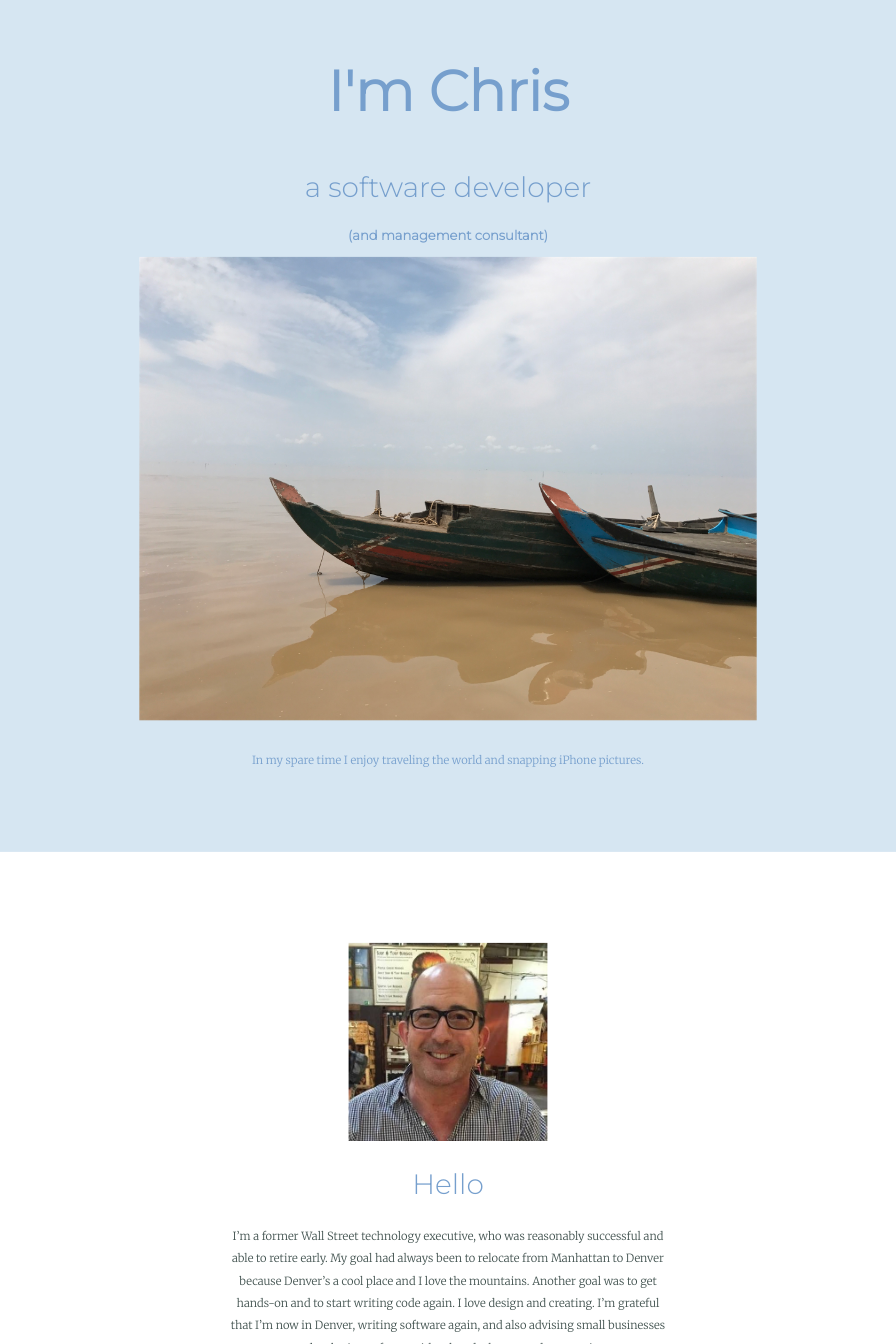
Repository: EpiTao-LLC/Personal_web_page
Page: index.html
An editor plug-in stored every save of this project. The page is shown before and after the next save, followed by the edit.
The browser window is 1280 px wide. The pictures show the part of the page from y = 0 to 1920 px (the page is 4183 px tall before and 4141 px after), at 70% of full size.

Above is the page before, as saved 2021-04-21 12:39:50.

### index.html
<!DOCTYPE html>
<html lang="en">
<head>
   <!-- Global site tag (gtag.js) - Google Analytics -->
      <!-- <script async src="https://www.googletagmanager.com/gtag/js?id=UA-167786271-2"></script>
      <script>
        window.dataLayer = window.dataLayer || [];
        function gtag(){dataLayer.push(arguments);}
        gtag('js', new Date());
        gtag('config', 'UA-167786271-2');
      </script> -->
    <!-- Google Tag Manager -->
        <!-- <script>(function(w,d,s,l,i){w[l]=w[l]||[];w[l].push({'gtm.start':
        new Date().getTime(),event:'gtm.js'});var f=d.getElementsByTagName(s)[0],
        j=d.createElement(s),dl=l!='dataLayer'?'&l='+l:'';j.async=true;j.src=
        'https://www.googletagmanager.com/gtm.js?id='+i+dl;f.parentNode.insertBefore(j,f);
        })(window,document,'script','dataLayer','GTM-PZ9SPFX');</script> -->
  <!-- End Google Tag Manager -->
    <meta charset="UTF-8">
    <meta name="viewport" content="width=device-width, initial-scale=1.0">
    <title>Chris - Software Developer and Management Consultant</title>
    <meta name="description" content="Website design and software development in React, Javascript, Python, Node JS, Express, EJS, MongoDB, SQL Server.  AWS and other cloud based solutions.  Portfolio, links and contact information.">
    <meta name="keywords" content="Website design, coding, software development, software engineering, management consulting, React, Javascript, Node, Express, HTML, CSS, EJS, Python, MongoDB, SQL Server, C programming, cloud, data analysis">


    <link rel="stylesheet" href="css/styles.css">
    <link href="https://fonts.googleapis.com/css2?family=Merriweather:wght@300&family=Montserrat:wght@300&family=Sacramento&display=swap" rel="stylesheet">
    <link rel="apple-touch-icon" sizes="180x180" href="favicon_package_v0.16/apple-touch-icon.png">
    <link rel="icon" type="image/png" sizes="32x32" href="favicon_package_v0.16/favicon-32x32.png">
    <link rel="icon" type="image/png" sizes="16x16" href="favicon_package_v0.16/favicon-16x16.png">
    <link rel="manifest" href="favicon_package_v0.16/site.webmanifest">
    <link rel="mask-icon" href="favicon_package_v0.16/safari-pinned-tab.svg" color="#5bbad5">
    <meta name="msapplication-TileColor" content="#da532c">
    <meta name="theme-color" content="#ffffff">
</head>
<body>
    <!-- Google Tag Manager (noscript) -->
      <noscript><iframe src="https://www.googletagmanager.com/ns.html?id=GTM-PZ9SPFX"
      height="0" width="0" style="display:none;visibility:hidden"></iframe></noscript>
    <!-- End Google Tag Manager (noscript) -->

    <div class = "top-container">
        <h1>I'm Chris</h1>
        <h2>a software developer</h2>
        <h3>(and management consultant)</h3>
        <img class="cover-img" src="images/Boats in Cambodia.jpeg" alt="Boats in Cambodia image">
        <p>In my spare time I enjoy traveling the world and snapping iPhone pictures.</p>
      </div>
    <div class="middle-container">
        <div class="profile">
          <br>
          <img class="my-img" src="images/Holiday_Denmark.jpeg"  alt="Chris Pic">
          <h2>Hello</h2>
          <p>
            I’m a former Wall Street technology executive, who was reasonably successful and able to retire early.  My
            goal had always been to relocate from Manhattan to Denver because Denver’s a cool place and I love the mountains.
            Another goal was to get hands-on and to start writing code again. I love design and creating.   I’m grateful
            that I’m now in Denver, writing software again, and also advising small businesses on developing sofware with other devlopers and companies.
            </p>
        </div>
        <hr>
        <div class="skills">
          <h2>My Skills</h2>
          <div class="skill-row">
            <img class="skills-img-1" src="images/Ecuador.JPEG" alt="Equador picture">
            <div >
            <h3 class="for-mobile">Design and Development</h3>
            <p> I started as a C developer in the database industry and understand what good design and code is all about.  On Wall Street I led development
              of mission critical financial systems for Goldman Sachs and other banks.  I’m now doing websites and other work with Javascript, React, Node, Express,
              Mongoose, and Bootstrap.  Full stack. I’ve also done a lot with Python.  Back in the day, I was a top relational
              database designer and an SQL wizard.
            </p>
            </div>
          </div>
          <div class="skill-row">
            <img class="skills-img-1" src="images/Small_business_Columbia.JPEG" alt="Small business in Columbia picture">
            <div>
            <h3 class="for-mobile">Small Business Advisor</h3>
            <p>As a way to give back, I volunteer my time to an organization funded by the Small Business Association.  Through it I assist
              small business owners and entrepreneurs to prepare business, marketing and finacial plans.  I provide technology recommendations,
              and provide mentoring to help them to achieve their dreams.  Through this work I believe I'm suited to provide technology
              solutions that work for small business owners.
            </p>
            </div>
          </div>
          <div class="skill-row">
            <img class="skills-img-1" src="images/People_pic_pune.JPEG" alt="Market in Pune, India picture">
            <h3 class="for-mobile">I Like People</h3>
            <p>Even more than I’m into writing code and learning new technologies, I really love working with people
              --clients and fellow developers.  Thoughout my career and personal life, I’ve sought consensus and understanding new perspectives.   In
              my mind, there is always something to learn from others.  As either a leader or a follower, it always feels
              good to be a member of a team.
            </p>
          </div>
        </div>
        <hr>
        <div class="contact-me">
          <h2>Get In Touch</h2>
          <h3>if you need some software development work (like a new website for your business),
             to partner on a project, some consulting, or just to share some travel photos and stories.</h3>
          <p class="contact-message">I’m realtively new to Denver, still establishing myself both socially and professionally.
            It would be great to connect.</p>
          <a class="btn" href="mailto:chris@epitao.com">CONTACT ME</a>
        </div>
      </div>
      <div class="bottom-container">
        <a class="footer-link" href="https://www.linkedin.com/in/christopheralarson//">LinkedIn</a>
        <a class="footer-link" href="https://www.facebook.com/chris.larson">Facebook</a>
        <a class="footer-link" href="/pages/portfolio.html">Portfolio</a>
        <a class="footer-link" href="https://github.com/EpiTao-LLC">GitHub</a>
        <p class="copyright"> copyright © 2020 EpiTao LLC <br><br>
        <img class="logo-img" src="images/EpiTao_logo.jpg" alt="EpiTao logo">
        </p>
      </div>
</body>
</html>

### css/styles.css
body {
    margin: 0;
    margin: auto;
    text-align: center;
    font-family: 'Merriweather', serif;
    font-weight: normal;
    color:  #40514E;
}
h1 {
    margin: 0px auto 0 auto;
    font-family: 'Montserrat', sans-serif;
    font-size: 5rem;
    line-height: 2.0;
    color: #769FCD;
}
h2 {
    font-family: 'Montserrat', sans-serif;
    font-size: 2.5rem;
    font-weight: normal;
    color: #769FCD
}
h3 {
    font-family: 'Montserrat', sans-serif;
    font-weight: 900;
    color: #769FCD
}
p {
    line-height: 2;
}
hr {
    border-color:  #d6e6f2;
    border-width: 5px;
    border-style: dotted none none;
    height: 0px;
    width: 4%;
    margin: 100 auto 100 auto;
}
.top-container {
    background-color: #d6e6f2;
    color: #769FCD;
    position: relative;
    padding-top: 50px;
    padding-bottom: 100px;
    padding-right: 10px;
    padding-left: 10px;
}
.middle-container {
    max-width: 2000px;
    padding-top: 10px;
    padding-bottom: 5px;
    padding-right: 10px;
    padding-left: 10px;
    margin: 50px auto 100px auto;

}
.bottom-container {
    margin-top: 100px;
    padding: 30px 0 50px;
    padding-right: 10px;
    padding-left: 10px;
    font-size: 10px;
    background-color: #769FCD;
    color: #f7fbfc  ;
}
.profile{
    width: 50%;
    margin: 50px auto 100px auto;
    text-align: center;
}
.skills {
    margin-top: 50px;
}
.skill-row {
    width: 50%;
    margin: 50px auto 100px auto;
    text-align: left;
}
.contact-me {
    margin-top: 50px;
    margin-left: 50px;
    margin-right: 50px;

}
.contact-message {
    width: 60%;
    margin: 40px auto 60px;
}
.footer-link {
    font-size: 20px
}
.copyright {
    color: #b9d7ea;
    font-size: 0.5rem;
    padding: 20px 0;
}

.btn {
    background: #769FCD;
    background-image: -webkit-linear-gradient(top, #769FCD, #7A95C3);
    background-image: -moz-linear-gradient(top, #769FCD, #7A95C3);
    background-image: -ms-linear-gradient(top, #769FCD, #7A95C3);
    background-image: -o-linear-gradient(top, #769FCD, #7A95C3);
    background-image: linear-gradient(to bottom, #769FCD, #7A95C3);
    -webkit-border-radius: 8px;
    -moz-border-radius: 8px;
    border-radius: 8px;
    color: #FFFFFF;
    font-family: 'Montserrat', sans-serif;
    font-size: 14px;
    font-weight: 100;
    padding: 8px;
    border: solid #337FED 1px;
    text-decoration: none;
    display: inline-block;
    cursor: pointer;
    text-align: center;
}

.btn:hover {
    border: solid #337FED 1px;
    background: #7A95C3;
    background-image: -webkit-linear-gradient(top, #7A95C3, #769FCD);
    background-image: -moz-linear-gradient(top, #7A95C3, #769FCD);
    background-image: -ms-linear-gradient(top, #7A95C3, #769FCD);
    background-image: -o-linear-gradient(top, #7A95C3, #769FCD);
    background-image: linear-gradient(to bottom, #7A95C3, #769FCD);
    -webkit-border-radius: 7px;
    -moz-border-radius: 7px;
    border-radius: 7px;
    text-decoration: none;
}

a:link {
    font-family: 'Montserrat', sans-serif;
    text-decoration: none;
    color: #b9d7ea;
    margin: 10px 20px;

}
a:visited {
    color: #b9d7ea
}
a:hover{
    color: #f7fbfc
}
.cover-img {
    width: 70%;
    height: 70%;
    margin-bottom: 20px;
}
.profile{
    width: 50%;
    margin: 50px auto 100px auto;
    text-align: center;
}

.my-img {
    width: 45%;
    height: 45%;
    float: fit-content;
}

.skills-img-1 {
    width: 45%;
    height: 45%;
    float: left;
    margin-right: 30px;
}
.skills-img-2 {
    width: 45%;
    height: 45%;
    float: right;
    margin-left: 30px;
}
.skills-img-3 {
    width: 45%;
    height: 45%;
    float: left;
    margin-right: 30px;
}
/* .input-button:focus {
    outline: 0;
} */
/* *:focus {
    outline: 0 !important;
} */
.input-button {
    display: block;
    border: none;
    background-color: transparent;
    outline: none;
    margin: 0;
    border: none;
    color: none;
    height: 0%;
    width: 0%;
}
.button-img-1:hover {
    transform: scale(1.10);
}
.button-img-1 {
    width: 70%;
    height: 70%;
    float: left;
    margin-right: -30%;
    outline: 0;
}
.button-img-2:hover {
    transform: scale(1.10);
}
.button-img-2 {
    width: 70%;
    height: 70%;
    float: right;
    margin-left: -30%;
    outline: none;
}
.logo-img {
    width: 2.0%;
    height: 2.0%;
}

  /* Mobile Styling */

  @media (max-width: 780px) {
    h1 {
        margin: 0px auto 0 auto;
        font-family: 'Montserrat', sans-serif;
        font-size: 3.25rem;
        line-height: 1.25;
        color: #769FCD;
    }
    h2 {
        font-family: 'Montserrat', sans-serif;
        font-size: 1.75rem;
        font-weight: normal;
        color: #769FCD
    }
    h3 {
        font-size: 1.25rem;
        margin-left: 20px;
        margin-right: 20px;
    }
    .profile{
        width: 80%;
        margin: 50px auto 10px auto;
        text-align: center;
        padding-bottom: 10%;
    }
    .skills {
        margin-top: 20px;
    }
    .top-container {
        position: relative;
        padding-left: 8%;
        padding-right: 8%;
        padding-bottom: 20%;
        margin-bottom: 20px;

    }

    .middle-container {
        text-align: center;
        position: relative;
        margin-top: 20px;
        margin-bottom: 50px;

    }
    .skills {
        align-content: center;
    }
    .skill-row {
        display: block;
        width: 80%;
        margin: 50px auto 50px auto;
        text-align: center;
    }
    /* .for-mobile {
        display: inline-flex;
        content: '\a\a';
        white-space: pre;
    } */
    .my-img {
        width: 90%;
        height: 90%
    }
    .skills-img-1, .skills-img-2, .cover-img{

        width: 100%;
        height: 100%;
        padding: 0;
        float: fit-content;
        margin-left: 0px;
        margin-right: 0px;
        margin-bottom: 1rem;
    }
    .skills-img-1:after, .skills-img-2:after, .skills-img3:after{
        display: inline-flex;
        content: '\a\a';
        white-space: pre;
    }
    .button-img-1, .button-img-2, .cover-img{
        width: 100%;
        height: 100%;
        padding: 0;
        float: fit-content;
        margin-left: 0px;
        margin-right: 0px;
        margin-bottom: 1rem;
    }
    /* .skills-img-1:after, .skills-img-2:after, .skills-img3:after{
        display: inline-flex;
        content: '\a\a';
        white-space: pre;
    } */
    .contact-me {
        margin-top: 50px;
        margin-left: 15px;
        margin-right: 15px;
        margin-bottom: 0px;
    }
    .contact-message {
        width: 80%;
        margin: 40px auto 60px;
    }

    .bottom-container {
        text-align: center;
        margin-top: 0px;
        padding: 15% 0 50px;
        font-size: 10px;
        background-color: #769FCD;
        color: #f7fbfc  ;
    }
    .logo-img {
        width: 5%;
        height: 5%;
    }
}
@media (hover: hover) {
    button:hover {
        outline:0;
    }
}

After the next save:
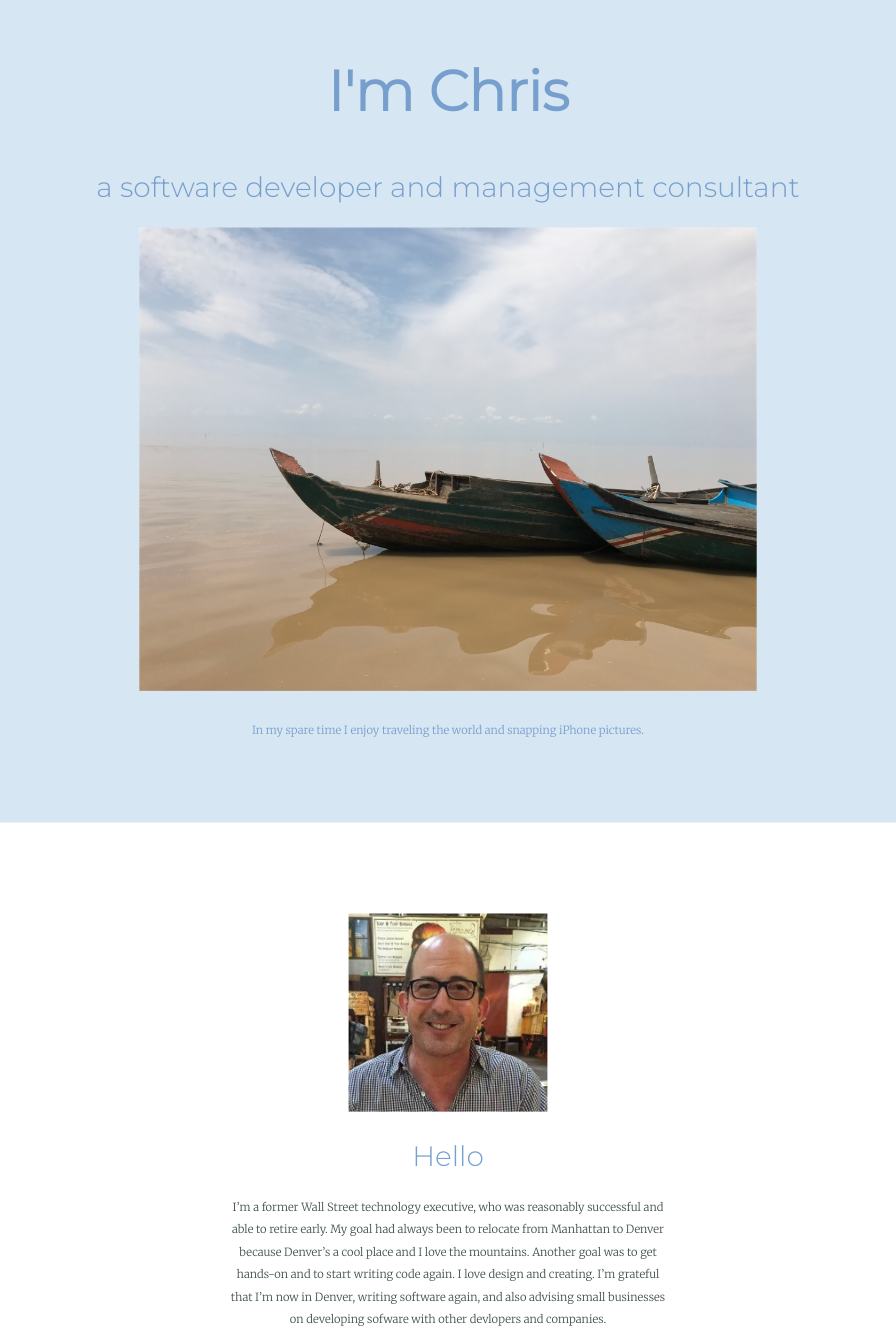
Saved 91 s later.
--- a/index.html
+++ b/index.html
@@ -41,8 +41,8 @@
 
     <div class = "top-container">
         <h1>I'm Chris</h1>
-        <h2>a software developer</h2>
-        <h3>(and management consultant)</h3>
+        <h2>a software developer and management consultant</h2>
+        <!-- <h3>(and management consultant)</h3> -->
         <img class="cover-img" src="images/Boats in Cambodia.jpeg" alt="Boats in Cambodia image">
         <p>In my spare time I enjoy traveling the world and snapping iPhone pictures.</p>
       </div>
